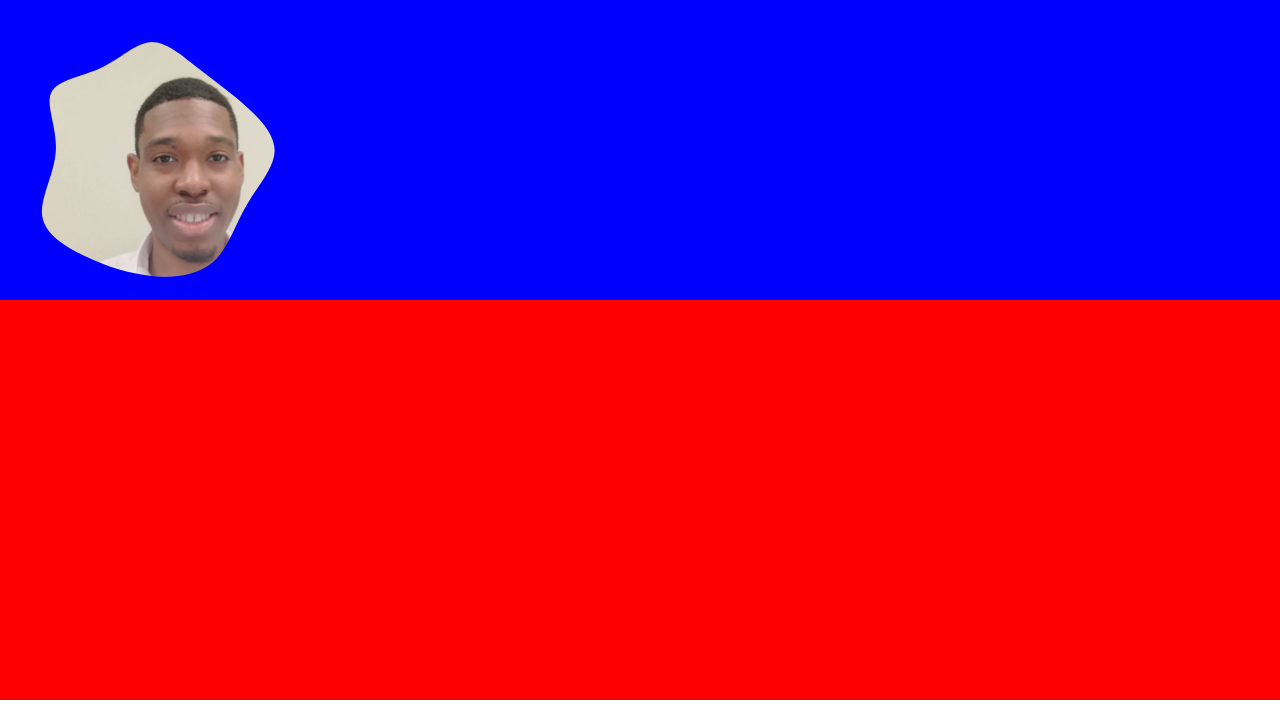
Repository: DNoel26/My_Dev_Portfolio
Page: index.html
The author's editor kept a copy of each file at every save. The page is drawn from the files as they stood at one save, then again after a run of saves.
The browser window is 1280 px wide. The pictures show the whole page.

Above is the page before, as saved 2021-01-23 11:21:57.

### index.html
<!DOCTYPE html>
<html lang="en">
<head>
    <meta charset="UTF-8">
    <meta name="viewport" content="width=device-width, initial-scale=1.0">
    <title>Homepage | Darnell Noel | Professional Portfolio | Full Stack Web Development</title>
    <link href="https://cdn.jsdelivr.net/npm/bootstrap@5.0.0-beta1/dist/css/bootstrap.min.css" rel="stylesheet" integrity="sha384-giJF6kkoqNQ00vy+HMDP7azOuL0xtbfIcaT9wjKHr8RbDVddVHyTfAAsrekwKmP1" crossorigin="anonymous">
    <link rel="stylesheet" href="/css/style.css">
</head>
<body>
    <header>
        <div>
            <!--<img src="/img/profile_pic.jpg" alt="Darnell Noel's profile pic" class="prof-pic svg-clip">-->
            <svg viewBox="0 0 200 200" xmlns="http://www.w3.org/2000/svg">
                <defs>
                    <pattern id="img-pattern" x="0" y="0" width="1" height="1">
                      <image href="/img/profile_pic.jpg"/>
                    </pattern>
                </defs>
                <path fill="url(#img-pattern)" d="M30.8,-55.5C40.8,-47.6,50.2,-41,60.8,-32C71.3,-23,82.9,-11.5,83.1,0.1C83.2,11.7,72,23.4,64.2,37.1C56.3,50.7,51.8,66.4,41.7,75C31.6,83.7,15.8,85.4,0.8,84C-14.1,82.5,-28.2,77.9,-42.1,71.4C-56.1,64.9,-69.9,56.6,-71.8,44.4C-73.7,32.2,-63.7,16.1,-62.8,0.6C-61.8,-15,-69.9,-30,-65.8,-38.4C-61.7,-46.9,-45.5,-48.8,-32.5,-54.9C-19.5,-61,-9.8,-71.3,0.3,-71.9C10.4,-72.4,20.9,-63.3,30.8,-55.5Z" transform="translate(100 100)" />

                <!--<defs>
                    <clipPath id="svg-clip">
                        <path d="M45.8,-76.7C59.5,-71.3,70.9,-59.4,77.1,-45.6C83.2,-31.7,84.1,-15.8,84.8,0.4C85.4,16.6,85.9,33.2,78.2,44.4C70.5,55.6,54.6,61.4,40.2,65.7C25.9,70.1,12.9,72.9,-0.9,74.5C-14.7,76,-29.4,76.2,-41.2,70.4C-53,64.5,-61.8,52.7,-69.1,39.9C-76.3,27.2,-82,13.6,-82.4,-0.2C-82.7,-14,-77.7,-28,-69.4,-38.9C-61,-49.7,-49.4,-57.5,-37.2,-63.8C-25.1,-70,-12.6,-74.8,1.7,-77.8C16,-80.8,32,-82,45.8,-76.7Z" transform="translate(100 100)" />
                    </clipPath>
                </defs>-->
            </svg>
        </div>
    </header>
    <main>

    </main>
    <footer>

    </footer>
    <script src="https://cdn.jsdelivr.net/npm/bootstrap@5.0.0-beta1/dist/js/bootstrap.bundle.min.js" integrity="sha384-ygbV9kiqUc6oa4msXn9868pTtWMgiQaeYH7/t7LECLbyPA2x65Kgf80OJFdroafW" crossorigin="anonymous"></script>
</body>
</html>

### css/style.css
header {
    height: 700px;
    background-color: red;
}

div {
    height: 300px;
    background-color: blue;
}

.prof-pic.svg-clip {
    height: 100%;
    -webkit-clip-path: url(#svg-clip);
    clip-path: url(#svg-clip);
}

svg {
    height: 100%;
    /*mask-image: url("../img/profile_pic.jpg");
    mask-size: contain;*/
}

svg image {
    height: 100%;
    width: auto;
}

After the next 2 saves:
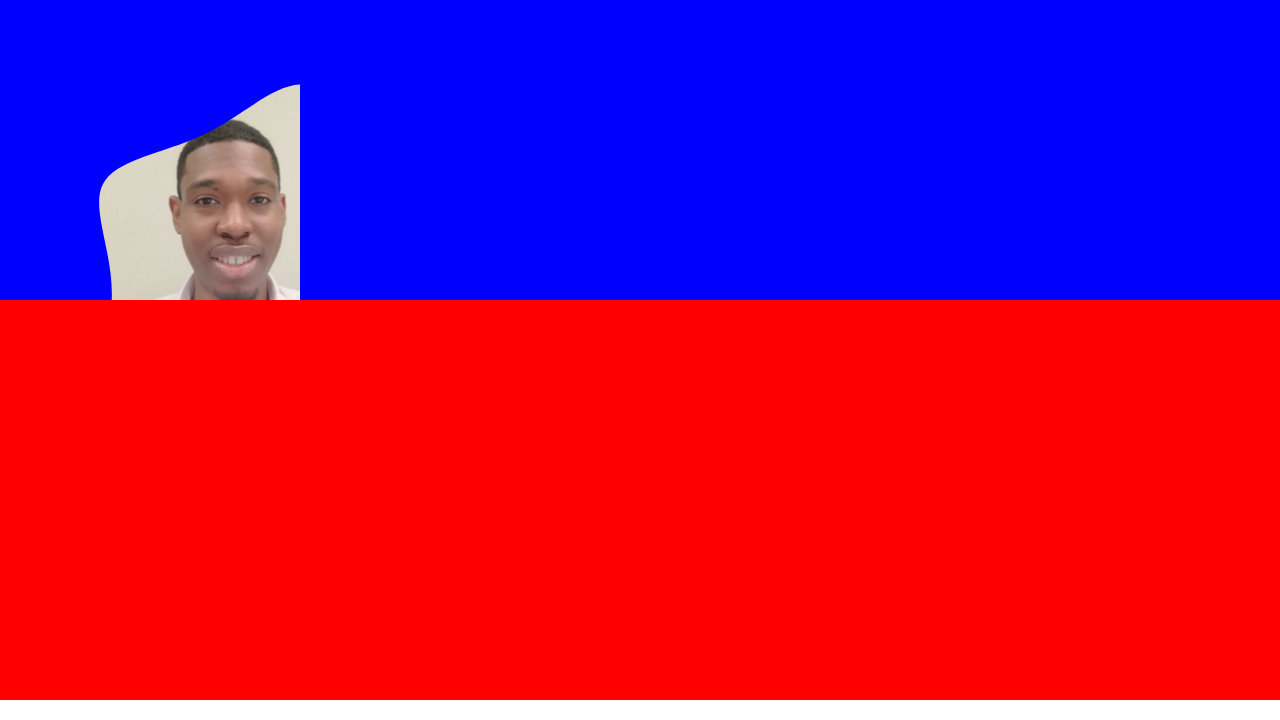
The 2 saves are shown as one change because they came seconds apart.
The last was saved 18 s later.
--- a/index.html
+++ b/index.html
@@ -11,7 +11,7 @@
     <header>
         <div>
             <!--<img src="/img/profile_pic.jpg" alt="Darnell Noel's profile pic" class="prof-pic svg-clip">-->
-            <svg viewBox="0 0 200 200" xmlns="http://www.w3.org/2000/svg">
+            <svg viewBox="0 0 100 100" xmlns="http://www.w3.org/2000/svg">
                 <defs>
                     <pattern id="img-pattern" x="0" y="0" width="1" height="1">
                       <image href="/img/profile_pic.jpg"/>

After the 2 saves that followed:
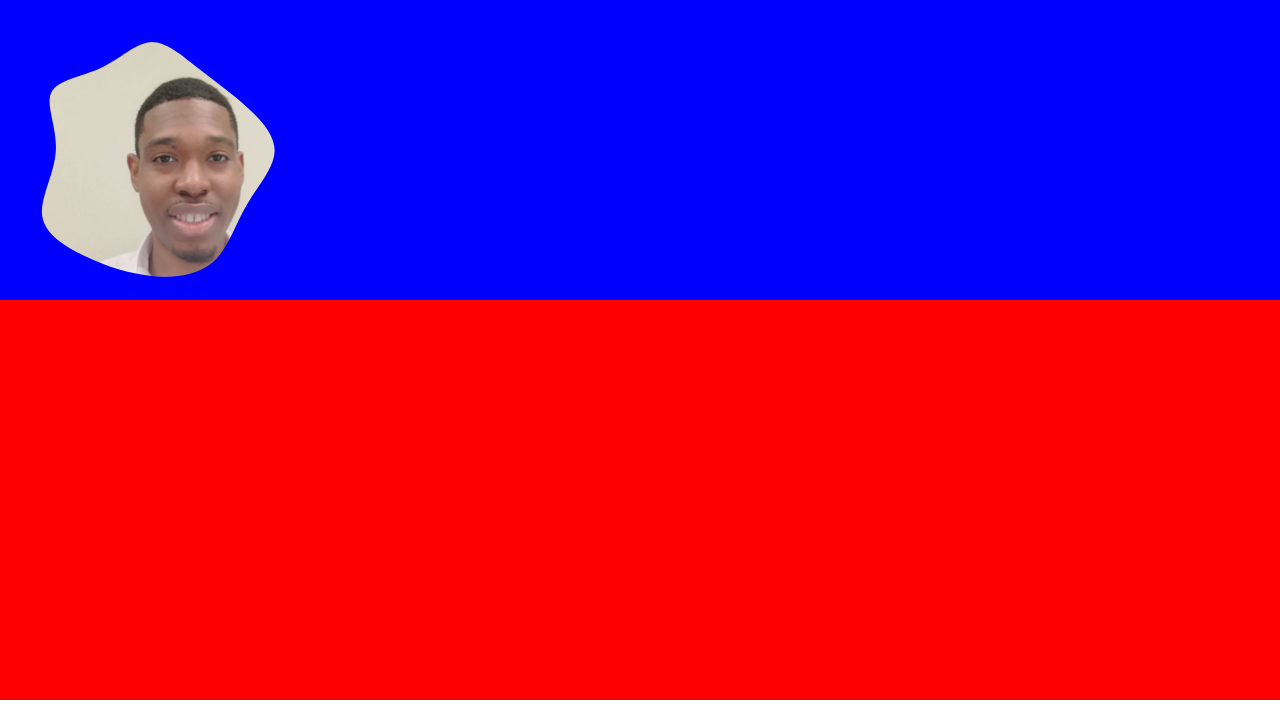
The 2 saves are shown as one change because they came seconds apart.
The last was saved 6 s later.
--- a/index.html
+++ b/index.html
@@ -11,7 +11,7 @@
     <header>
         <div>
             <!--<img src="/img/profile_pic.jpg" alt="Darnell Noel's profile pic" class="prof-pic svg-clip">-->
-            <svg viewBox="0 0 100 100" xmlns="http://www.w3.org/2000/svg">
+            <svg viewBox="0 0 200 200" xmlns="http://www.w3.org/2000/svg">
                 <defs>
                     <pattern id="img-pattern" x="0" y="0" width="1" height="1">
                       <image href="/img/profile_pic.jpg"/>
